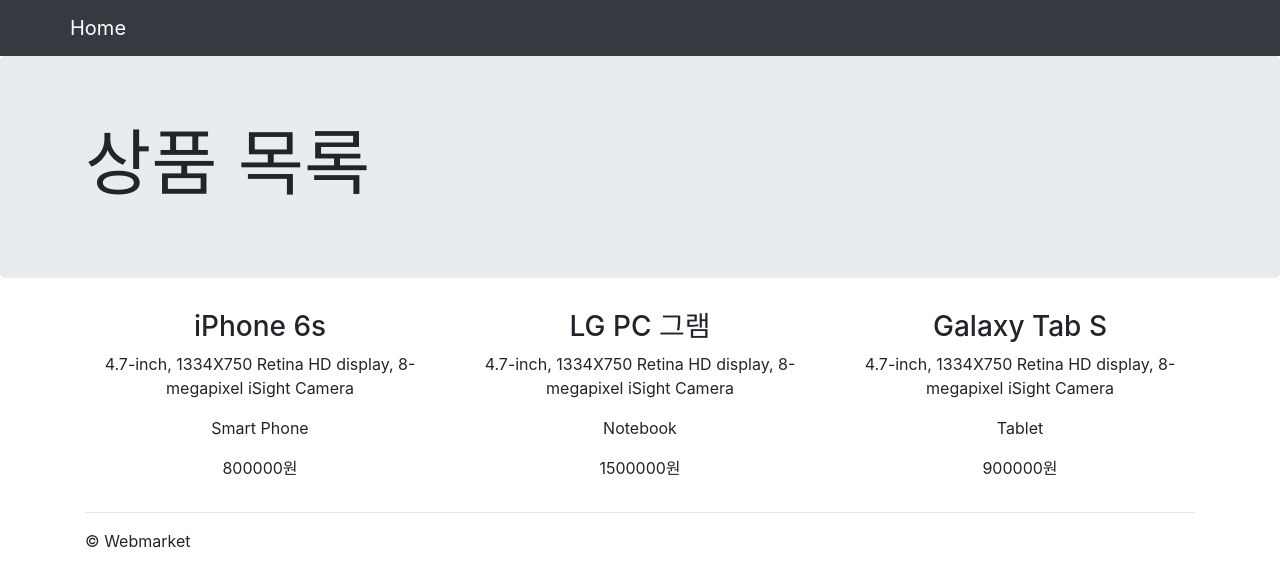
Repository: suinautant/learnCode
Page: http://localhost/WebMarket/products.jsp
An editor plug-in stored every save of this project. The page is shown before and after the next save, followed by the edit.
The browser window is 1280 px wide. The pictures show the whole page.
The page is served by Tomcat 9. Nobody is signed in. The application's start-up code is not run.

Above is the page before, as saved 2021-06-30 07:23:47.

After the next save:
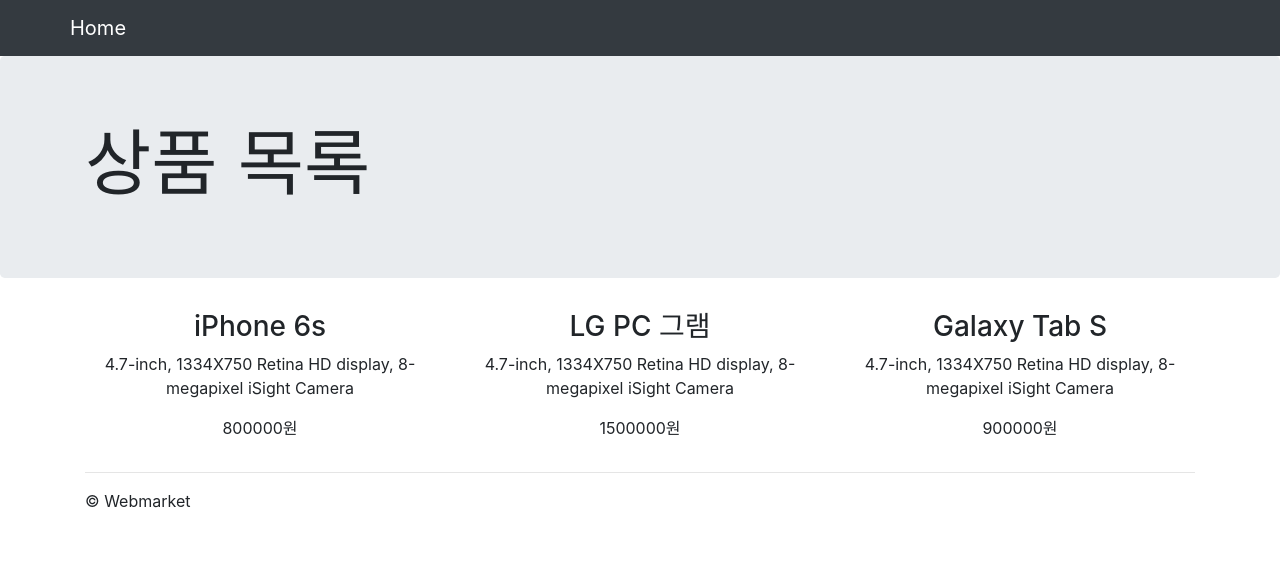
Saved 18 s later.
--- a/jsp/WebMarket/WebContent/products.jsp
+++ b/jsp/WebMarket/WebContent/products.jsp
@@ -34,7 +34,6 @@
 			<div class="col-md-4">
 				<h3><%=product.getPname()%></h3>
 				<p><%=product.getDescription()%></p>
-				<p><%=product.getCategory()%></p>
 				<p><%=product.getUnitPrice()%>원
 				</p>
 			</div>
